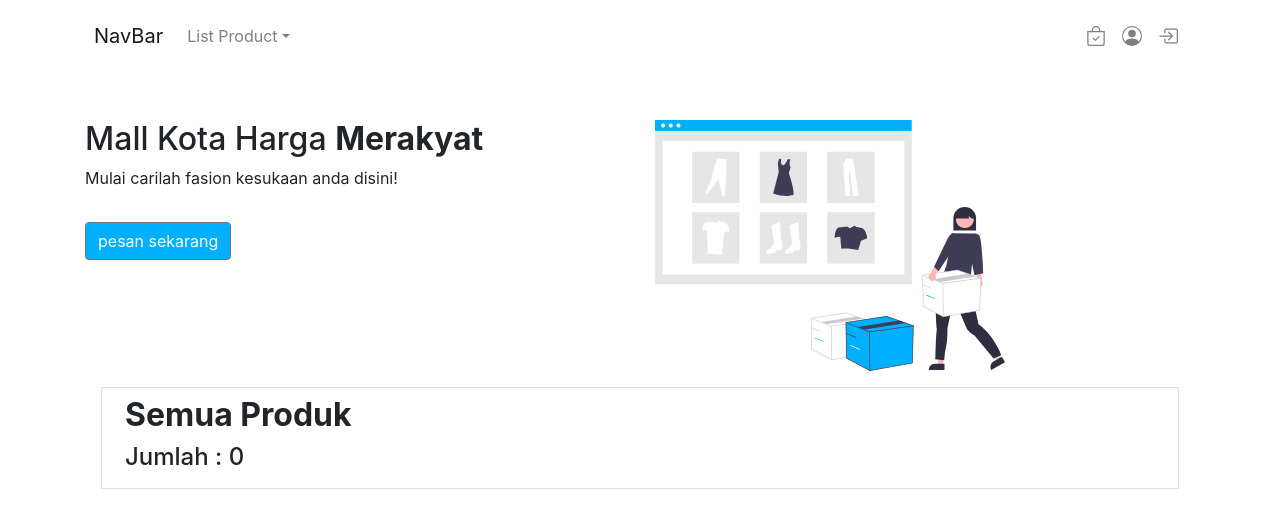
Repository: AHSANS354/ecommerce-catalog
Page: /
An editor plug-in stored every save of this project. The page is shown before and after the next save, followed by the edit.
The browser window is 1280 px wide. The pictures show the whole page.
The page's requests for data from a server got no answer. The project was rebuilt for these pictures with package versions that can differ from the ones it lists, and the page was loaded fresh each time. No one was signed in, and anything a server would have sent is missing. Also part of the build but not shown: vue.config.js, src/components/CardProduct.vue.

Above is the page before, as saved 2023-03-01 22:32:31.

After the next save:
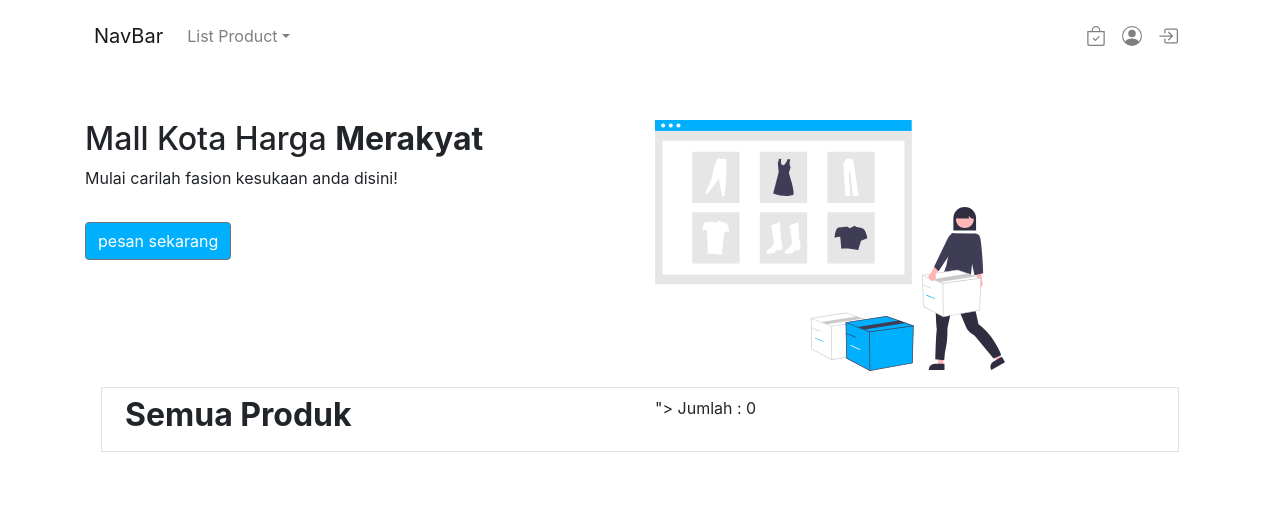
Saved 36 s later.
--- a/src/views/HomeView.vue
+++ b/src/views/HomeView.vue
@@ -21,8 +21,9 @@
       <div class="row border m-3 p-2">
         <div class="col">
           <h2><strong>Semua Produk</strong></h2>
-
-          <h4>
+        </div>
+        <div class="col">
+          <h4">
             Jumlah :
             {{ products.length }}
           </h4>
